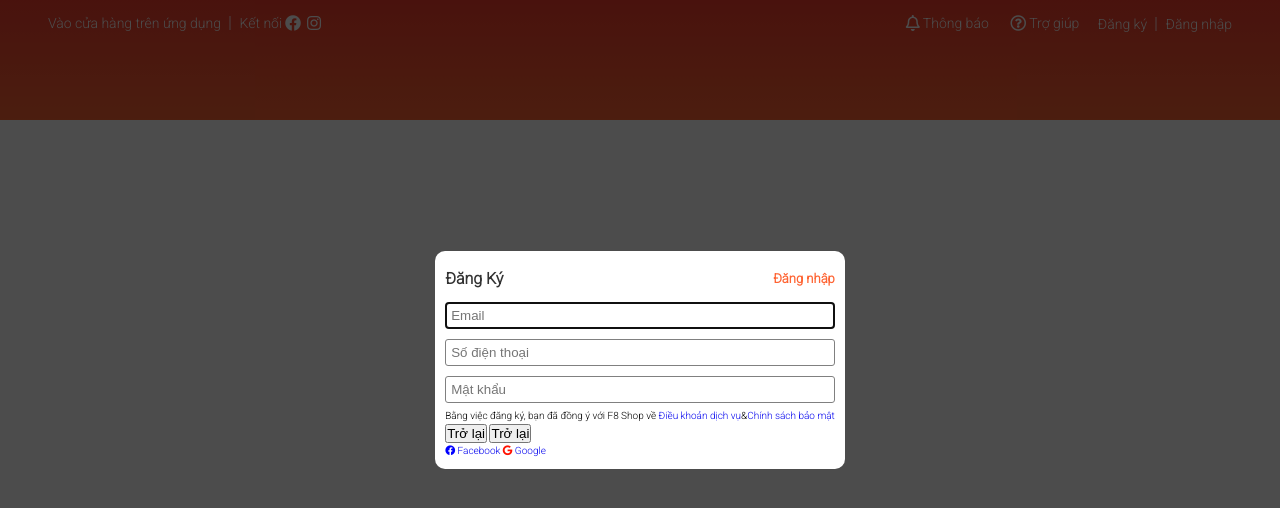
Repository: kebinh1235/Shopee-Demo
Page: index.html
An editor plug-in stored every save of this project. The page is shown before and after the next save, followed by the edit.
The browser window is 1280 px wide. The pictures show the whole page.
The first visible `.auth__form-input` has the focus.

Above is the page before, as saved 2021-10-01 22:22:32.

After the next save:
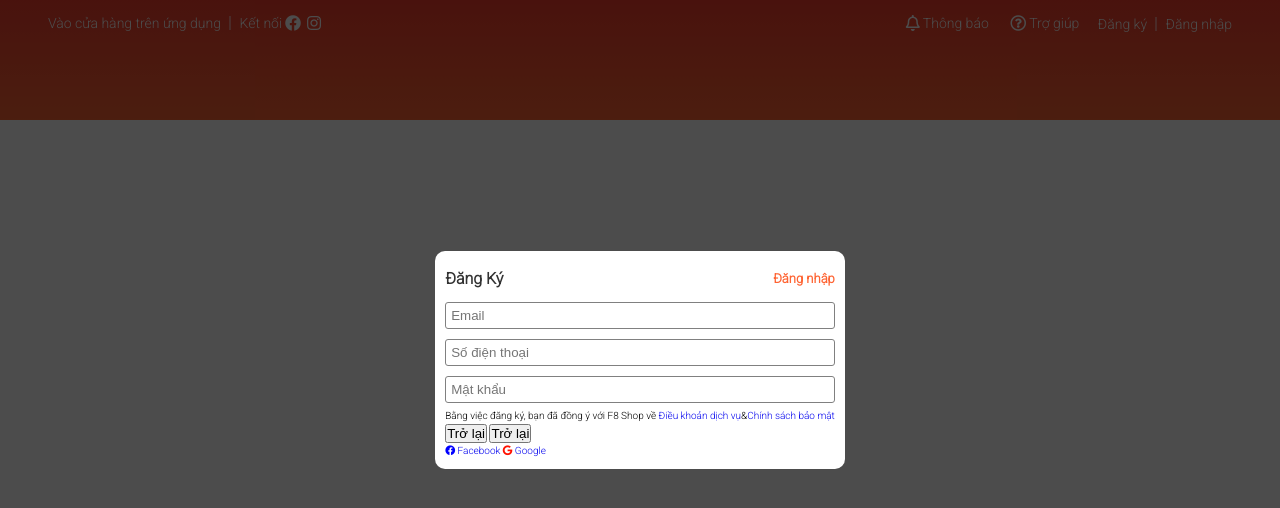
Saved 11 s later.
--- a/asset/css/main.css
+++ b/asset/css/main.css
@@ -256,6 +256,9 @@
   overflow: hidden;
   border: 1px solid gray;
 }
+.auth__form-input:focus {
+  outline: none;
+}
 .auth__form-note{
 
 }
